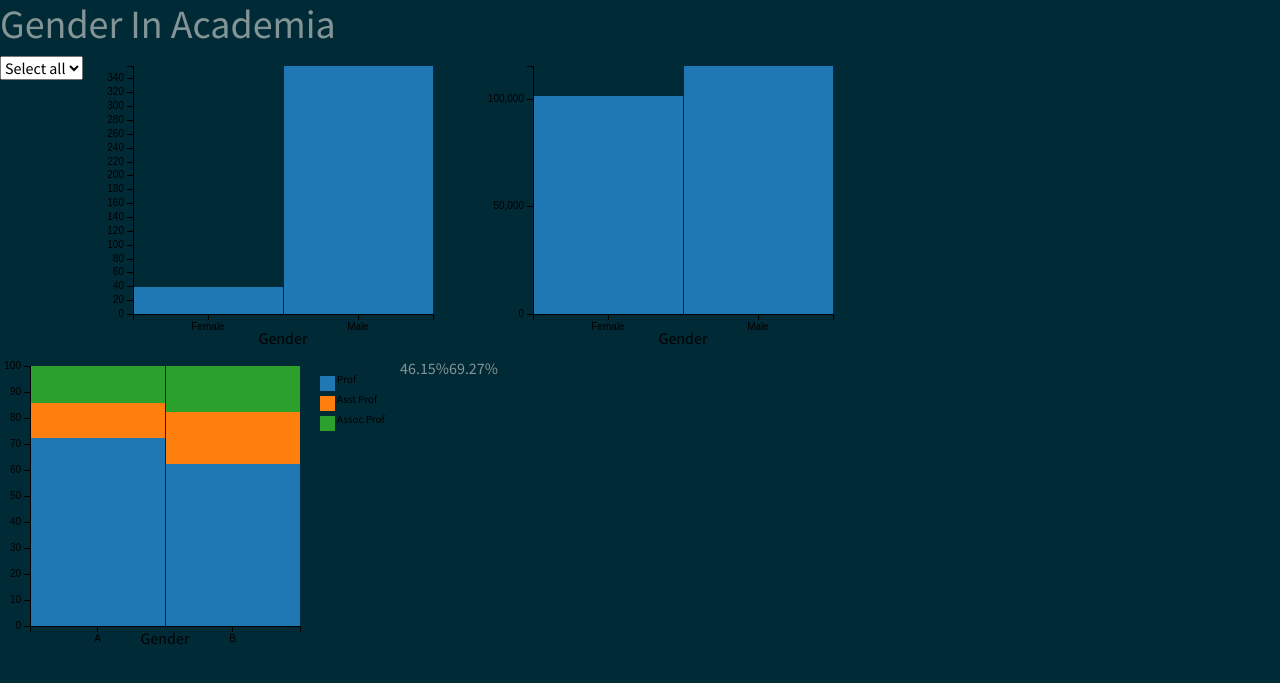
Repository: rafaljanos/Dashboard
Page: Index.html
The author's editor kept a record of every edit. The page is drawn from the files as they stood at one moment, then again after the next edit.
The browser window is 1280 px wide. The pictures show the whole page.

Above is the page before.
Console error: TypeError: Cannot read properties of null (reading 'textContent')

### Index.html
<!DOCTYPE html>
<html lang="en">
<head>
    <meta charset="UTF-8">
    <meta name="viewport" content="width=device-width, initial-scale=1.0">
    <meta http-equiv="X-UA-Compatible" content="ie=edge">
    <title>Dashboard</title>

    <link rel="stylesheet" href="static/css/bootstrap.min.css" type="text/css" />
    <link rel="stylesheet" href="static/css/dc.min.css" type="text/css" />

    <script type="text/javascript" src="static/js/d3.min.js"></script>
    <script type="text/javascript" src="static/js/crossfilter.min.js"></script>
    <script type="text/javascript" src="static/js/dc.min.js"></script>
    <script type="text/javascript" src="static/js/queue.min.js"></script>
    <script type="text/javascript" src="static/js/graph.js"></script>

</head>
<body>

    <h1>Gender In Academia</h1>

    <div id="discipline-selector"></div>

    <div id="gender-balance"></div>

    <div id="average-salary"></div>

    <div id="rank-distribution"></div>

    <div class="number" id="percent-of-women-professors"></div>
    <div id="percent-of-men-professors"></div>

</body>
</html>

### static/js/graph.js
queue()
    .defer(d3.csv, "data/Salaries.csv") // directory of file with data to use
    .await(makeGraphs);                 // makeGraphs is any name we want

function makeGraphs(error, salaryData) {// function for that name we choose
    var ndx = crossfilter(salaryData);  // loading salary data to crossfilter

    salaryData.forEach(function(d) {
        d.salary = parseInt(d.salary);  // changing the text data salary to intedur version of the salary
        d.yrs_since_phd = parseInt(d["yrs.since.phd"]);
        d.yrs_service = parseInt(d["yrs.service"]);

    })

    show_discipline_selector(ndx);      // passind NDX filter to a function that will draw graph discipline_selector

    show_percent_that_are_professors(ndx, "Female", "#percent-of-women-professors");
    show_percent_that_are_professors(ndx, "Male", "#percent-of-men-professors");

    show_gender_balance(ndx);           // passind NDX filter to a function that will draw graph gender_balance
    show_average_salaries(ndx);         // any name
    show_rank_distribution(ndx);

    show_service_to_salary_correlation(ndx);
    show_phd_to_salary_correlation(ndx);

    dc.renderAll();                     // to render it all
}

function show_discipline_selector(ndx) {        // function for show_discipline_selector
    dim = ndx.dimension(dc.pluck(`discipline`));
    group = dim.group()                         // simple group

    dc.selectMenu("#discipline-selector")       // it creates a selector menu
        .dimension(dim)
        .group(group);
}

function show_percent_that_are_professors(ndx, gender, element) { // gender(sex)argument and element to use in next function
    var percentageThatAreProf = ndx.groupAll().reduce(
        function (p, v) {
            if (v.sex === gender) {                             //using gender argument from above
                p.count++;
                if (v.rank === "Prof") {
                    p.are_prof++;
                }
            }
            return p;
        },
         function (p, v) {
            if (v.sex === gender) {
                p.count--;
                if (v.rank === "Prof") {
                    p.are_prof--;
                }
            }
            return p;
        },
        function () {
            return {count: 0, are_prof: 0};
        },
    );


    dc.numberDisplay(element)                   // element where we want the number to display
        .formatNumber(d3.format(".2%"))         // format change the way numbers are displayed
        .valueAccessor(function (d) {
            if (d.count == 0) {
                return 0;
            } else {
                return (d.are_prof / d.count);// devide prof by them total count
            }
        })
        .group(percentageThatAreProf)// show which group data to use to calculate this


}

function show_gender_balance(ndx) {           // function for show_gender_balance
    var dim = ndx.dimension(dc.pluck(`sex`)); // create dimension of sex variable
    var group = dim.group();                  // create a group

    dc.barChart("#gender-balance")            // create a bar chart for specific div ID
        .width(400)
        .height(300)
        .margins({top: 10, right:50, bottom: 30, left: 50})
        .dimension(dim)
        .group(group)
        .transitionDuration(500)
        .x(d3.scale.ordinal())
        .xUnits(dc.units.ordinal)
        .xAxisLabel("Gender")
        .yAxis().ticks(20);
}

function show_average_salaries(ndx) {
    var dim = ndx.dimension(dc.pluck(`sex`));

    function add_item(p, v) {           // p-keeps track of total and avarage and count, v-each data items we adding
        p.count++;                      // increment the count in p object
        p.total += v.salary;            // increment total by the salary of the data
        p.average = p.total / p.count;  // total devidet by the count
        return p;                       // always return p at the end add or remove function
    }

    function remove_item(p, v) {
        p.count--;                          // reduce the count
        if(p.count == 0) {                  // if the count is 0 we set total count to 0
            p.total = 0;
            p.average = 0;
        }   else {                          // if the count is grater than 0 we use normal calculations
            p.total -= v.salary             // reduce the total by the amount of the salary
            p.average = p.total / p.count;  // total devidet by the count
        }
        return p;
    }

    function initialise() {                 // creates initial value for p
        return {count: 0,total: 0, average: 0};
    }

    var averageSalasyByGender = dim.group().reduce(add_item, remove_item, initialise);


    dc.barChart("#average-salary")
        .width(400)
        .height(300)
        .margins({top: 10, right: 50, bottom: 30, left: 50})
        .dimension(dim)
        .group(averageSalasyByGender)
        .valueAccessor(function(d) {            // to specify which of the 3 values will be plotet
            return d.value.average.toFixed(2);  // .toFixed(2)-reduce to 2 decimels number 2 spaces after (,00)
        })
        .transitionDuration(500)
        .x(d3.scale.ordinal())
        .xUnits(dc.units.ordinal)
        .elasticY(true)
        .xAxisLabel("Gender")
        .yAxis().ticks(4);
}

function show_rank_distribution(ndx) {



    var profByGender = dim.group().reduce(
        function (p, v) {
            p.total++;
            if(v.rank == rank) {           // match if the rank what we are looking for is profesor
                p.match++;
            }
            return p;
        },
        function (p, v) {
            p.total--;
            if(v.rank == rank)  {          // match if the rank what we are looking for is profesor
                p.mach--;
            }
            return p;
        },
        function () {
            return {total: 0, match: 0};
        }
    );

    function rankByGender(dimension, rank) {
        return dimension.group().reduce(
        function (p, v) {
            p.total++;
            if(v.rank == rank) {           // match if the rank what we are looking for is profesor
                p.match++;
            }
            return p;
        },
        function (p, v) {
            p.total--;
            if(v.rank == rank)  {          // match if the rank what we are looking for is profesor
                p.mach--;
            }
            return p;
        },
        function () {
            return {total: 0, match: 0};
            }
        );
    }

    var profByGender = rankByGender(dim, "Prof");
    var asstProfByGender = rankByGender(dim, "AsstProf");
    var assocProfByGender = rankByGender(dim, "AssocProf");

    // console.log(profByGender.all());        // to inspect and check if that works

    dc.barChart("#rank-distribution")
        .width(400)
        .height(300)
        .dimension(dim)
        .group(profByGender, "Prof")
        .stack(asstProfByGender, "Asst Prof")       // stacks this group on top of prof
        .stack(assocProfByGender, "Assoc Prof")     // stacks this group on top of asst
        .valueAccessor(function(d) {               // geting procentage of the total
            if(d.value.total > 0) {
                 return (d.value.match / d.value.total) * 100; //matching amount devide by total and multiply by 100
            } else {
                return 0;
            }
    })
        .x(d3.scale.ordinal())
        .xUnits(dc.units.ordinal)
        .xAxisLabel("Gender")
        .legend(dc.legend().x(320).y(20).itemHeight(15).gap(5))
        .margins({top: 10, right: 100, bottom: 30, left: 30});
}


function show_service_to_salary_correlation(ndx) {

    var genderColors = d3.scale.ordinal()    //adding colors genderColors
        .domain(["Female", "Male"])
        .range(["pink", "green"]);

    var eDim = ndx.dimension(dc.pluck("yrs_service"));
    var experienceDim = ndx.dimension(function(d) {             //extrackts 2 pieces of info
        return [d.yrs_service, d.salary, d.rank, d.sex];        //years of service and salary
    });             //0         //1        //2    //3
    var experienceSalaryGroup = experienceDim.group();

    var minExperience = eDim.bottom(1)[0].yrs_service;
    var maxExperience = eDim.top(1)[0].yrs_service;

    dc.scatterPlot("#service-salary")
        .width(800)
        .height(400)
        .x(d3.scale.linear().domain([minExperience, maxExperience]))
        .brushOn(false)
        .symbolSize(8)
        .clipPadding(10)
        .yAxisLabel("Salary")
        .xAxisLabel("Years Of Service")
        .title(function(d) {                        //apear when hovered with mouse
            return d.key[2] + " earned " + d.key[1];
        })
        .colorAccessor(function (d) {
            return d.key[3];  //3 is d.rank
        })
        .colors(genderColors)           //adding colors genderColors
        .dimension(experienceDim)
        .group(experienceSalaryGroup)
        .margins({top: 10, right: 50, bottom: 75, left: 75});
}


function show_phd_to_salary_correlation(ndx) {

    var genderColors = d3.scale.ordinal()    //adding colors genderColors
        .domain(["Female", "Male"])
        .range(["pink", "green"]);

    var pDim = ndx.dimension(dc.pluck("yrs_since_phd"));
    var phdDim = ndx.dimension(function(d) {             //extrackts 2 pieces of info
        return [d.yrs_since_phd, d.salary, d.rank, d.sex];        //years of service and salary
    });             //0         //1        //2    //3
    var phdSalaryGroup = phdDim.group();

    var minPhd = pDim.bottom(1)[0].yrs_since_phd;
    var maxPhd = pDim.top(1)[0].yrs_since_phd;

    dc.scatterPlot("#phd-salary")
        .width(800)
        .height(400)
        .x(d3.scale.linear().domain([minPhd, maxPhd]))
        .brushOn(false)
        .symbolSize(8)
        .clipPadding(10)
        .yAxisLabel("Salary")
        .xAxisLabel("Years Since PhD")
        .title(function(d) {                        //apear when hovered with mouse
            return d.key[2] + " earned " + d.key[1];
        })
        .colorAccessor(function (d) {
            return d.key[3];  //3 is d.rank
        })
        .colors(genderColors)           //adding colors genderColors
        .dimension(phdDim)
        .group(phdSalaryGroup)
        .margins({top: 10, right: 50, bottom: 75, left: 75});
}

### static/css/style.css
.navbar-default {
	background-image: none;
	margin-bottom: 0;
}

.section-heading, #discipline-selector {
	display: inline-block;
	float: none;
	margin: 0;
}

.section-heading {
	margin-bottom: 50px;
}

#discipline-selector {
	margin-left: 15px;
}

.number-box {
	margin-right: 75px;
}

.number-box, .fa.fa-gender {
    font-size: 30px;
    font-weight: 500;
}

.fa-gender {
	margin-right: 10px;
}

.custom-chart {
	margin-bottom: 40px;
}

.section {
	border-bottom: 1px solid #e6e6e6;
	padding: 30px 0;
}

.section-paragraph {
	line-height: 1.2;
}

Loaded but not shown: static/css/bootstrap.min.css (library); static/css/dc.min.css (library); static/js/d3.min.js (library); static/js/crossfilter.min.js (library); static/js/dc.min.js (library); static/js/queue.min.js (common file)

After the next edit:
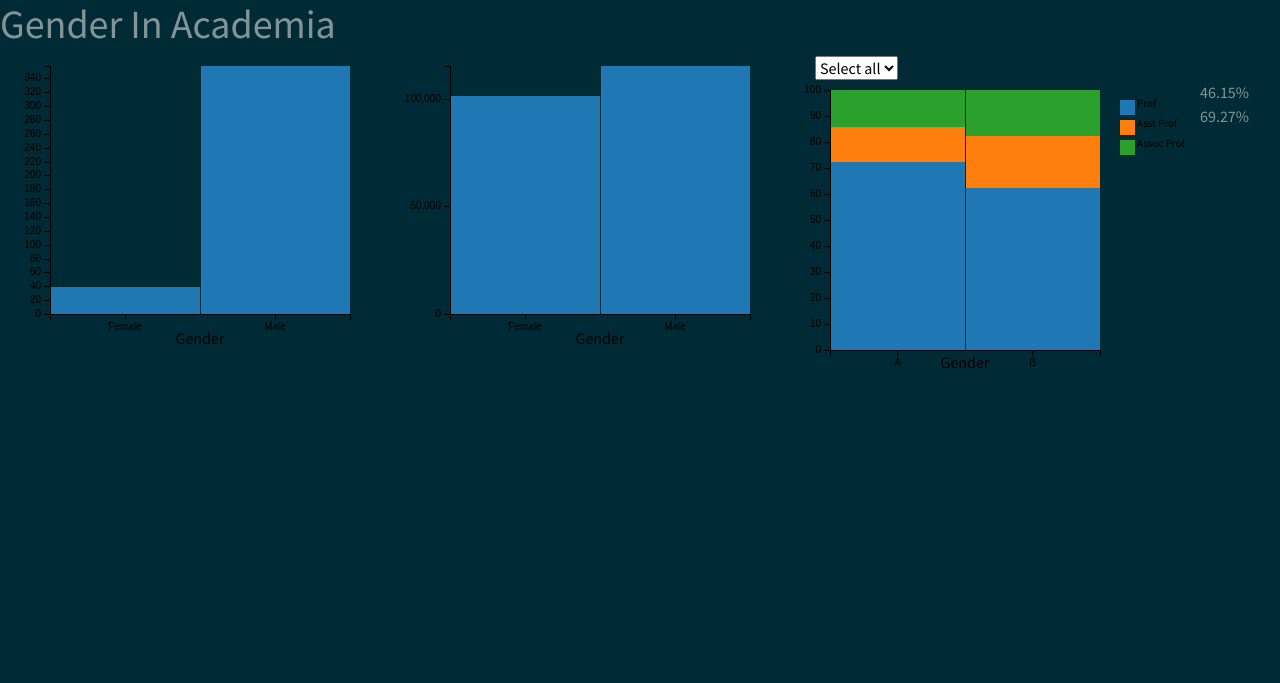
The edit:
--- a/Index.html
+++ b/Index.html
@@ -8,6 +8,7 @@
 
     <link rel="stylesheet" href="static/css/bootstrap.min.css" type="text/css" />
     <link rel="stylesheet" href="static/css/dc.min.css" type="text/css" />
+    <link rel="stylesheet" href="static/css/style.css" type="text/css" />
 
     <script type="text/javascript" src="static/js/d3.min.js"></script>
     <script type="text/javascript" src="static/js/crossfilter.min.js"></script>
